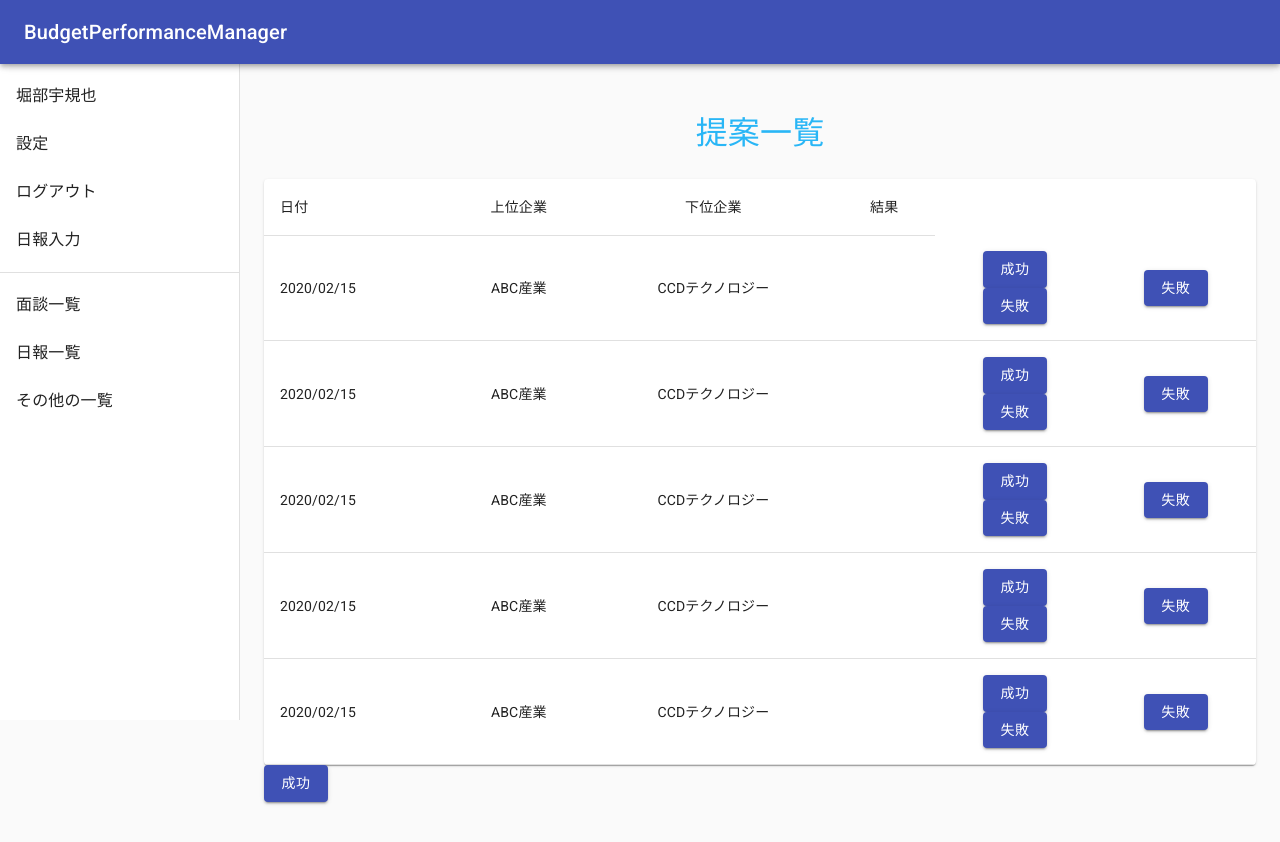
Repository: ukiyah/test
Page: / (app in src/)
The author's editor kept a copy of each file at every save. The page is drawn from the files as they stood at one save, then again after the next save.
The browser window is 1280 px wide. The pictures show the whole page.
The project was rebuilt for these pictures with package versions that can differ from the ones it lists, and the page was loaded fresh each time. Also part of the build but not shown: src/material-dashboard-react.js, src/Navbars/ref_AdminNavbarLinks/customInputStyle.js, src/Navbars/ref_AdminNavbarLinks/CustomInput.js, src/Navbars/ref_AdminNavbarLinks/buttonStyle.js, src/Navbars/ref_AdminNavbarLinks/Button.js, src/Navbars/ref_AdminNavbarLinks/dropdownStyle.js, src/Navbars/ref_AdminNavbarLinks/headerLinksStyle.js, src/Navbars/AdminNavbarLinks.js and 4 more.

Above is the page before, as saved 2020-02-20 19:26:06.

### src/index.css
body {
  margin: 0;
  font-family: -apple-system, BlinkMacSystemFont, 'Segoe UI', 'Roboto', 'Oxygen',
    'Ubuntu', 'Cantarell', 'Fira Sans', 'Droid Sans', 'Helvetica Neue',
    sans-serif;
  -webkit-font-smoothing: antialiased;
  -moz-osx-font-smoothing: grayscale;
}

code {
  font-family: source-code-pro, Menlo, Monaco, Consolas, 'Courier New',
    monospace;
}

.button {
  color: #000;
}

h1 {
  text-align: center;
  color:#29B6F6;
  font-weight: normal;
}

### src/App.js


// export default App;
import React from 'react';

import 'typeface-roboto';
import Sidebar from './Sidebar/Sidebar';
// import SimpleTable from "./Table";
import ClippedDrawer from "./Drawer";
class App extends React.Component{
  render() {
    return (
      <div>



        <ClippedDrawer />
      </div>

    );
  }

}

export default App;

### src/Drawer.js
import React from 'react';
import { makeStyles } from '@material-ui/core/styles';
import Drawer from '@material-ui/core/Drawer';
import AppBar from '@material-ui/core/AppBar';
import CssBaseline from '@material-ui/core/CssBaseline';
import Toolbar from '@material-ui/core/Toolbar';
import List from '@material-ui/core/List';
import Typography from '@material-ui/core/Typography';
import Divider from '@material-ui/core/Divider';
import ListItem from '@material-ui/core/ListItem';
import ListItemIcon from '@material-ui/core/ListItemIcon';
import ListItemText from '@material-ui/core/ListItemText';
import InboxIcon from '@material-ui/icons/MoveToInbox';
import MailIcon from '@material-ui/icons/Mail';
import SimpleTable from "./Table";
import ContainedButtons from "./Button";
const drawerWidth = 240;

const useStyles = makeStyles(theme => ({
  root: {
    display: 'flex',
  },
  appBar: {
    zIndex: theme.zIndex.drawer + 1,
  },
  drawer: {
    width: drawerWidth,
    flexShrink: 0,
  },
  drawerPaper: {
    width: drawerWidth,
  },
  content: {
    flexGrow: 1,
    padding: theme.spacing(3),
  },
  toolbar: theme.mixins.toolbar,
}));

export default function ClippedDrawer() {
  const classes = useStyles();

  return (
    <div className={classes.root}>
      <CssBaseline />
      <AppBar position="fixed" className={classes.appBar}>
        <Toolbar>
          <Typography variant="h6" noWrap>
            BudgetPerformanceManager
          </Typography>
        </Toolbar>
      </AppBar>
      <Drawer
        className={classes.drawer}
        variant="permanent"
        classes={{
          paper: classes.drawerPaper,
        }}
      >
        <div className={classes.toolbar} />
        <List>
          {['堀部宇規也', '設定', 'ログアウト', '日報入力'].map((text, index) => (
            <ListItem button key={text}>
              {/* <ListItemIcon>{index % 2 === 0 ? <InboxIcon /> : <MailIcon />}</ListItemIcon> */}
              <ListItemText primary={text}  />
            </ListItem>
          ))}
        </List>
        <Divider />
        <List>
          {['面談一覧', '日報一覧', 'その他の一覧'].map((text, index) => (
            <ListItem button key={text}>
              {/* <ListItemIcon>{index % 2 === 0 ? <InboxIcon /> : <MailIcon />}</ListItemIcon> */}
              <ListItemText primary={text} />
            </ListItem>
          ))}
        </List>
      </Drawer>
      <main className={classes.content}>
        <div className={classes.toolbar} />
        <Typography paragraph>
            <h1>提案一覧</h1>
            <SimpleTable />
            <ContainedButtons name="成功"/>
        </Typography>
        <Typography paragraph>

        </Typography>
      </main>
    </div>
  );
}

### src/Table.js
import React from 'react';
import { makeStyles } from '@material-ui/core/styles';
import Table from '@material-ui/core/Table';
import TableBody from '@material-ui/core/TableBody';
import TableCell from '@material-ui/core/TableCell';
import TableContainer from '@material-ui/core/TableContainer';
import TableHead from '@material-ui/core/TableHead';
import TableRow from '@material-ui/core/TableRow';
import Paper from '@material-ui/core/Paper';
import ContainedButtons from "./Button";

const useStyles = makeStyles({
  table: {
    minWidth: 650,
  },
});

function createData(name, calories, fat, carbs) {
  return { name, calories, fat, carbs};
}

const rows = [
  createData('2020/02/15', 'ABC産業', 'CCDテクノロジー'),
  createData('2020/02/15', 'ABC産業', 'CCDテクノロジー'),
  createData('2020/02/15', 'ABC産業', 'CCDテクノロジー'),
  createData('2020/02/15', 'ABC産業', 'CCDテクノロジー'),
  createData('2020/02/15', 'ABC産業', 'CCDテクノロジー'),
];

export default function SimpleTable() {
  const classes = useStyles();

  return (
    <TableContainer component={Paper}>
      <Table className={classes.table} aria-label="simple table">
        <TableHead>
          <TableRow>
            <TableCell>日付</TableCell>
            <TableCell align="center">上位企業</TableCell>
            <TableCell align="center">下位企業</TableCell>
            <TableCell align="center">結果</TableCell>
          </TableRow>
        </TableHead>
        <TableBody>
          {rows.map(row => (
            <TableRow key={row.name}>
              <TableCell component="th" scope="row">
                {row.name}
              </TableCell>
              <TableCell align="center">{row.calories}</TableCell>
              <TableCell align="center">{row.fat}</TableCell>
              <TableCell align="center">{row.carbs}</TableCell>
              <TableCell align="center"><ContainedButtons name="成功"/><ContainedButtons name="失敗"/></TableCell>
              <TableCell align="center"><ContainedButtons name="失敗"/></TableCell>
            </TableRow>
          ))}
        </TableBody>
      </Table>
    </TableContainer>
  );
}

### src/Button.js
import React from 'react';
import { makeStyles } from '@material-ui/core/styles';
import Button from '@material-ui/core/Button';

const useStyles = makeStyles(theme => ({
  root: {
    '& > *': {
    //   margin: theme.spacing(1),
    },
  },
}));

export default function ContainedButtons(props) {
  const classes = useStyles();

  return (
    <div className={classes.root}>
      {/* <Button variant="contained">Default</Button>
      <Button variant="contained" color="primary">
        Primary
      </Button>
      <Button variant="contained" color="secondary">
        Secondary
      </Button>
      <Button variant="contained" disabled>
        Disabled
      </Button> */}
      <Button variant="contained" color="primary" href="#contained-buttons">
        {props.name}
      </Button>
    </div>
  );
}

Loaded but not shown: src/index.js (common file); src/serviceWorker.js (common file)

After the next save:
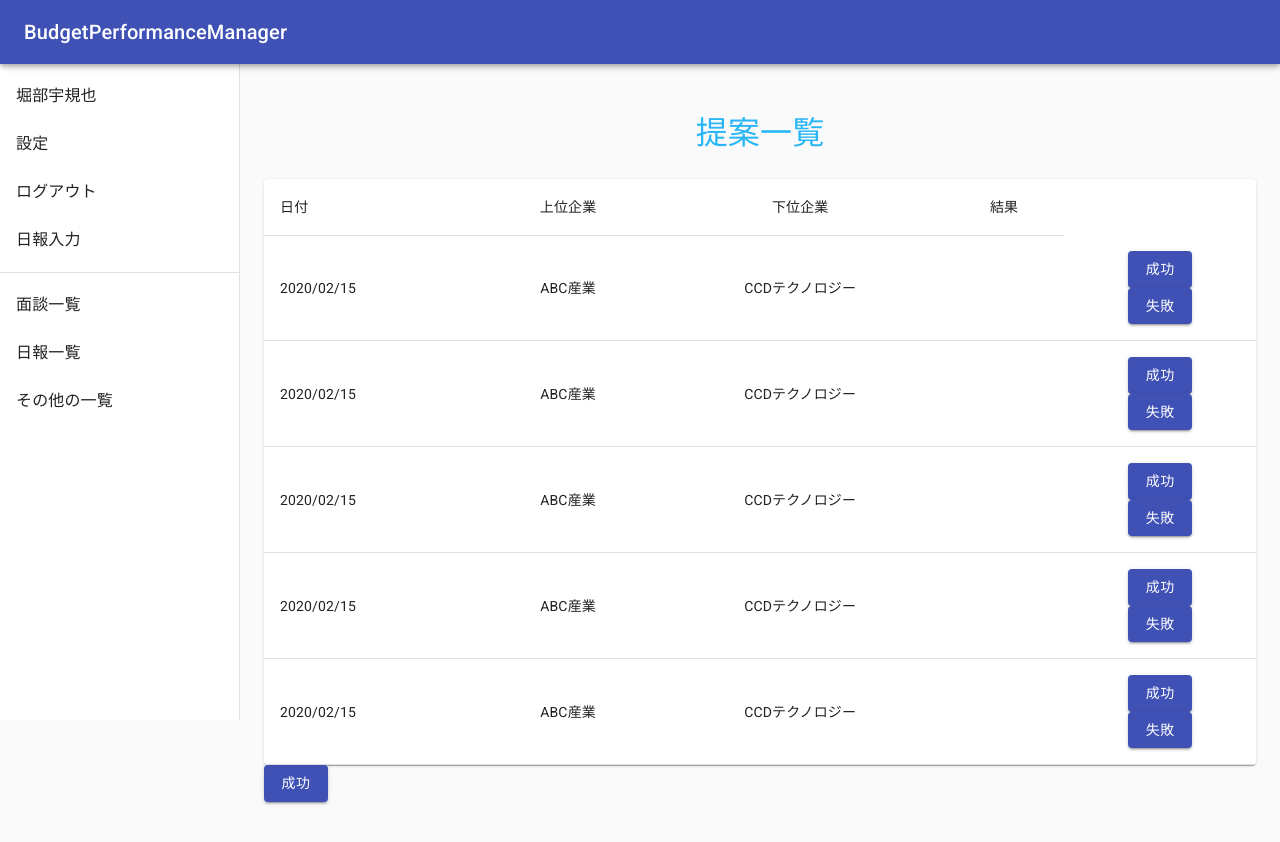
Saved 6 s later.
--- a/src/Table.js
+++ b/src/Table.js
@@ -51,7 +51,7 @@ export default function SimpleTable() {
               <TableCell align="center">{row.fat}</TableCell>
               <TableCell align="center">{row.carbs}</TableCell>
               <TableCell align="center"><ContainedButtons name="成功"/><ContainedButtons name="失敗"/></TableCell>
-              <TableCell align="center"><ContainedButtons name="失敗"/></TableCell>
+              {/* <TableCell align="center"><ContainedButtons name="失敗"/></TableCell> */}
             </TableRow>
           ))}
         </TableBody>
